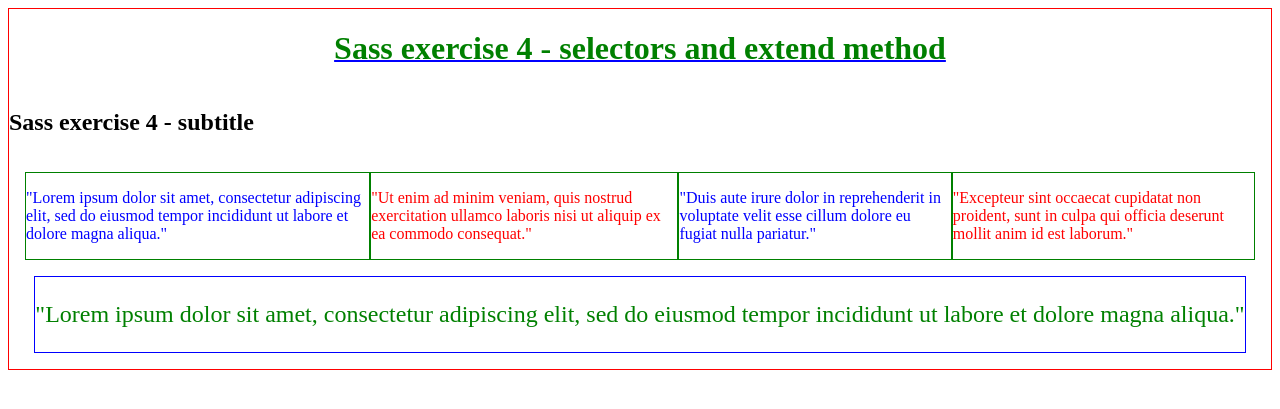
Repository: tr2cky/sass4
Page: index.html
An editor plug-in stored every save of this project. The page is shown before and after a run of saves, followed by the edit.
The browser window is 1280 px wide. The pictures show the whole page.
The style sheet was rebuilt from its Sass, Less or Tailwind sources for each picture, by a compiler version that may differ from the author's.

Above is the page before, as saved 2022-10-16 10:38:00.

After the next 5 saves:
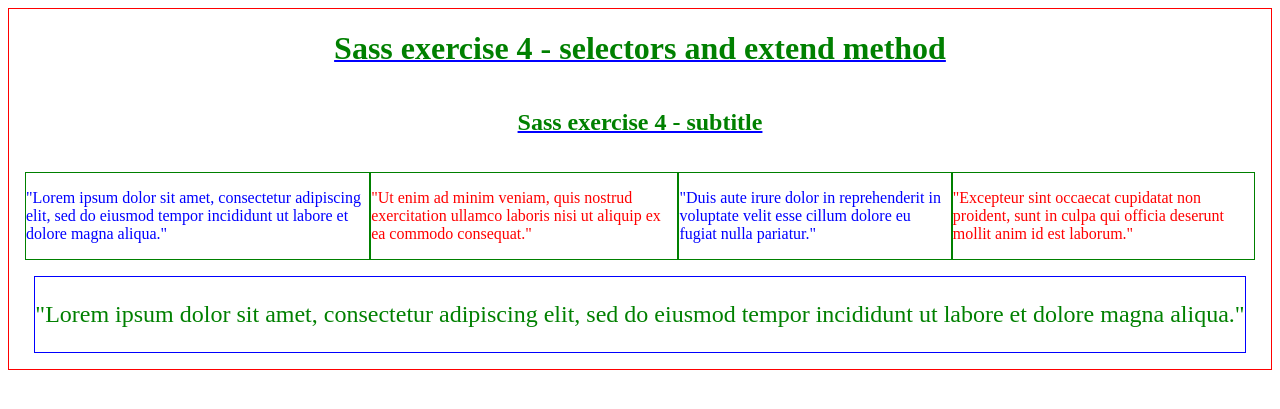
The 5 saves are shown as one change because they came seconds apart.
The last was saved 10 s later.
--- a/module1.scss
+++ b/module1.scss
@@ -14,7 +14,7 @@
         text-decoration: underline $color-secondary toRem(2);
     }
     h2 {
-
+        @extend h1
     }
     section {
         grid-column: 1 / 5;

After the 2 saves that followed:
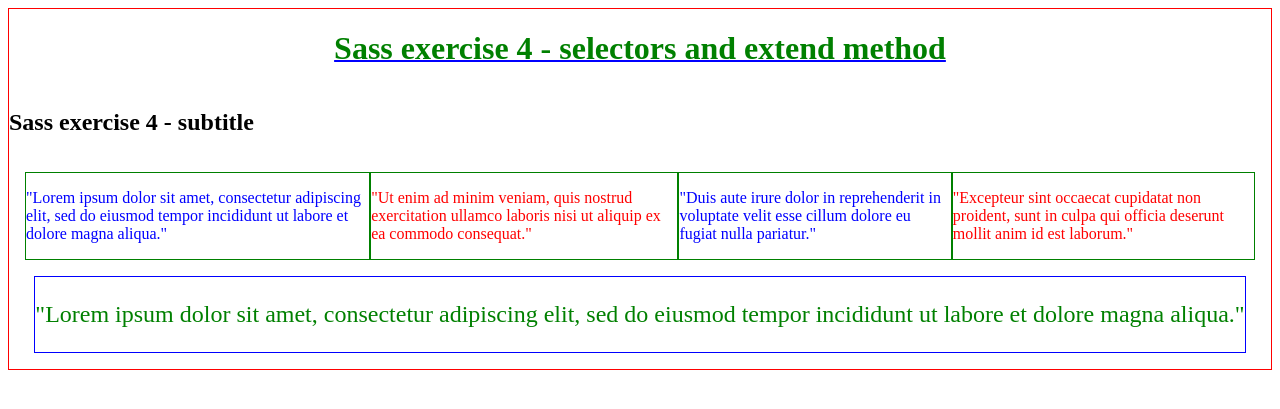
The 2 saves are shown as one change because 1 left the picture as it was.
The last was saved 77 s later.
--- a/module1.scss
+++ b/module1.scss
@@ -13,9 +13,7 @@
         justify-self: center;
         text-decoration: underline $color-secondary toRem(2);
     }
-    h2 {
-        @extend h1
-    }
+
     section {
         grid-column: 1 / 5;
         display: flex;
